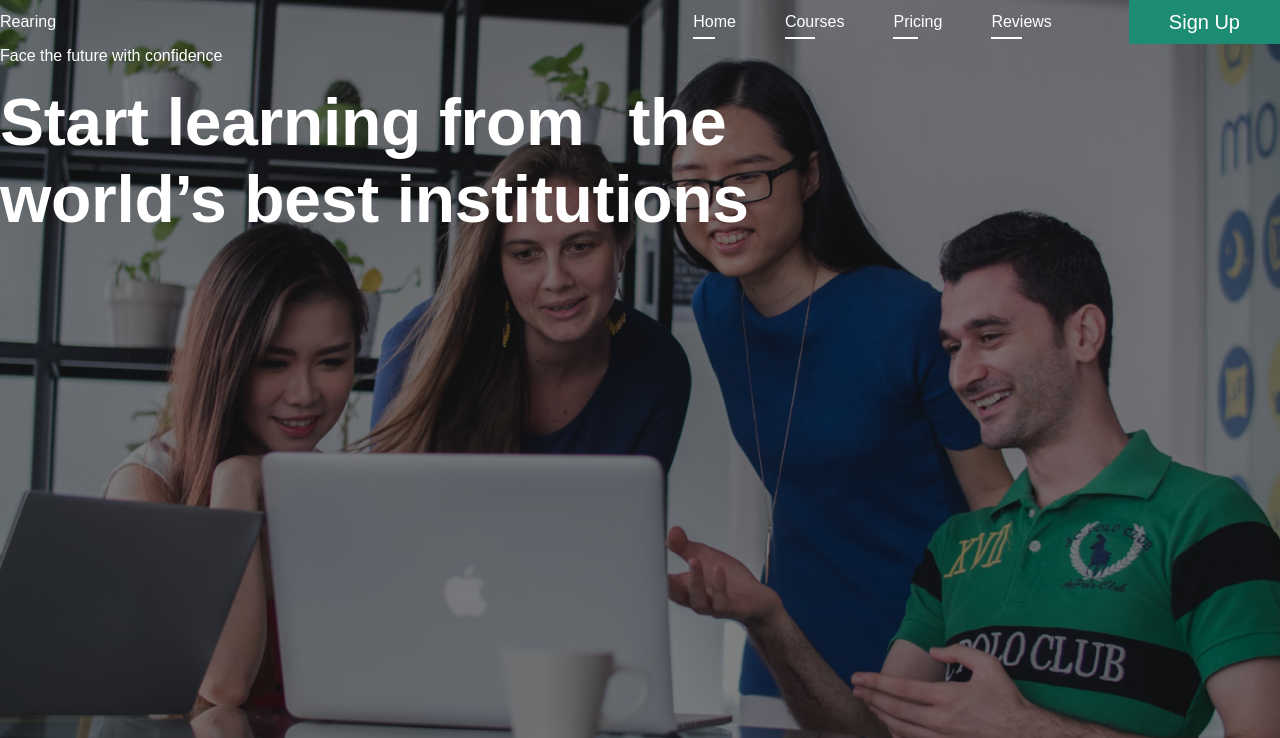
Repository: vandangnhathung/educationplatform
Page: /
These files come from the project's save history. The page is drawn as it stood at one moment and after the next save; the edit follows.
The browser window is 1280 px wide. The pictures show the whole page.
The project was rebuilt for these pictures with package versions that can differ from the ones it lists, and the page was loaded fresh each time.

Above is the page before, as saved 2022-06-20 15:08:21.

After the next save:
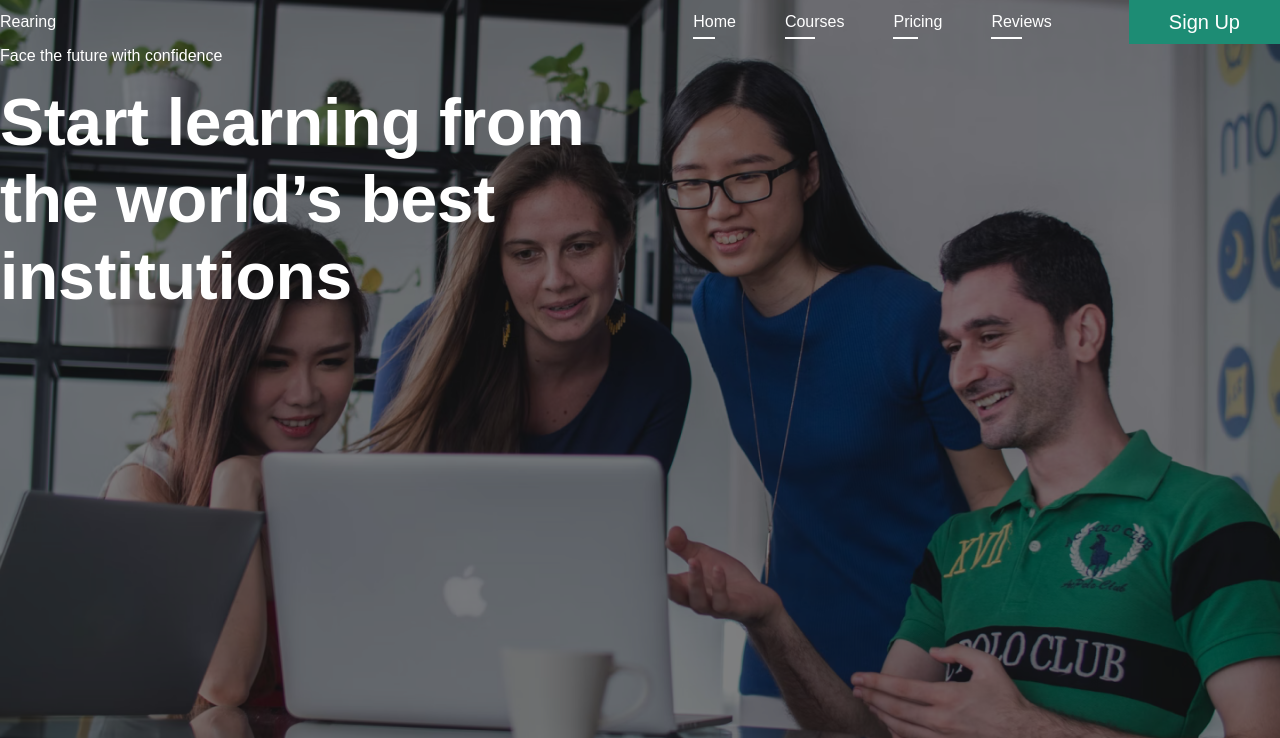
Saved 53 s later.
--- a/src/components/Header.js
+++ b/src/components/Header.js
@@ -49,7 +49,8 @@ const Header = () => {
                 Face the future with confidence
               </h3>
               <h1 className="desc max-w-[777px] text-[66px] leading-[77px] w-full tracking-[-0.02rem] font-bold">
-                Start learning from <span className="inline-block mr-2 "></span>{" "}
+                Start learning from{" "}
+                <span className="inline-block mr-24 "></span>{" "}
                 <p className="inline-block">the</p> world’s best institutions
               </h1>
             </div>
